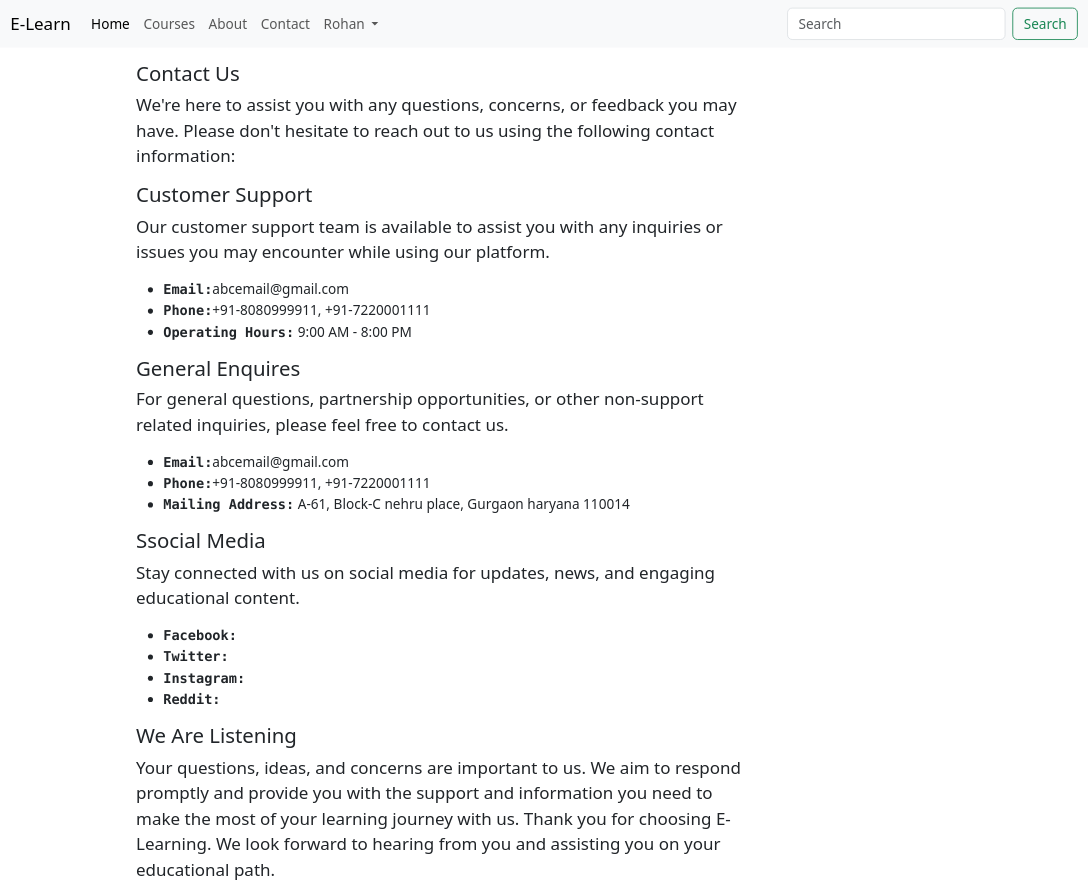
Repository: syni18/bootstrap_elarn
Page: Contact.html
These files come from the project's save history. The page is drawn as it stood at one moment and after the next save; the edit follows.
The browser window is 1280 px wide. The pictures show the whole page, at 85% of full size.

Above is the page before, as saved 2023-10-25 23:44:13.

After the next save:
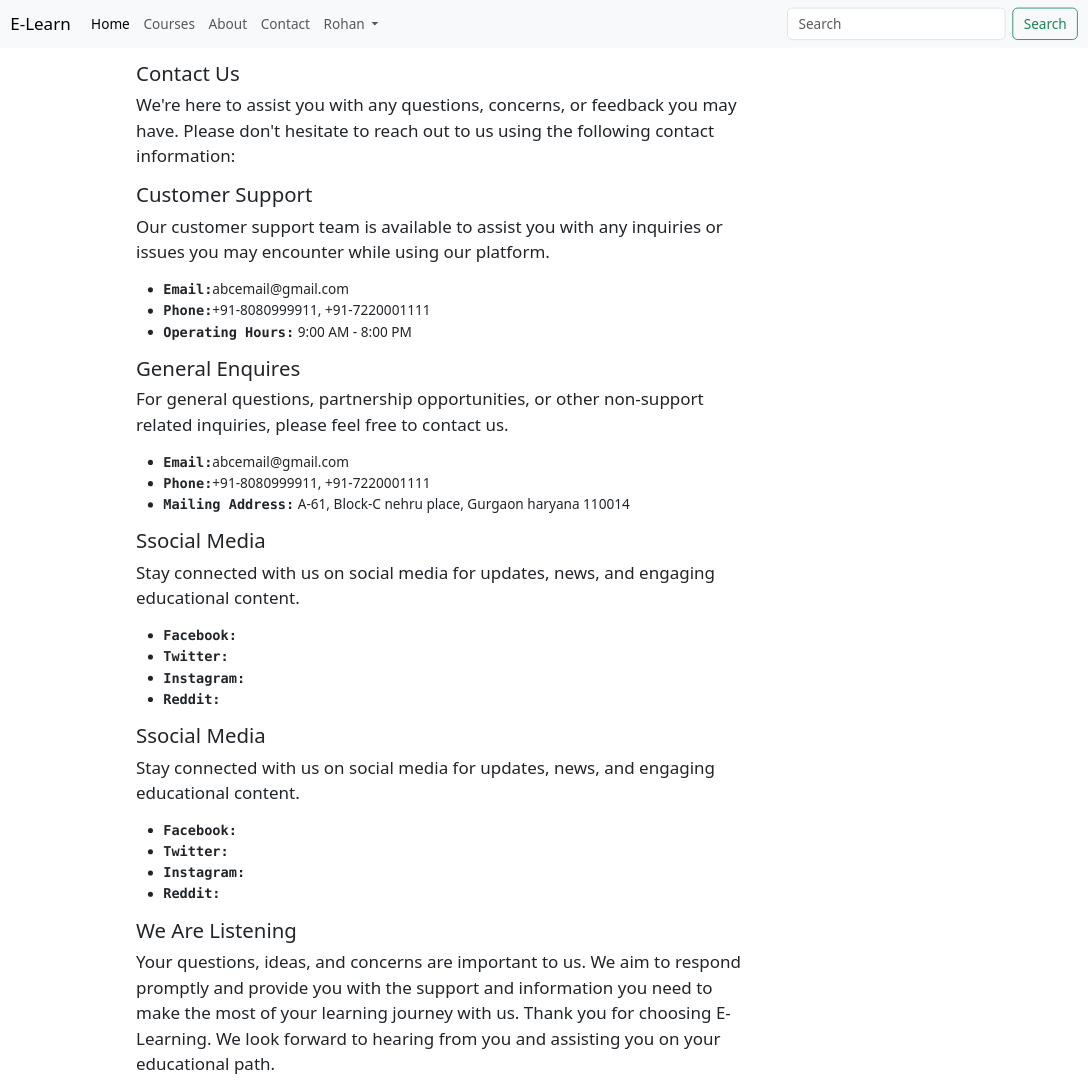
Saved 11 s later.
--- a/Contact.html
+++ b/Contact.html
@@ -134,6 +134,26 @@
             </li>
         </ul>
       </div>
+      <div class="mt-3">
+        <h6 class="fs-4">Ssocial Media</h6>
+        <p class="w-75 lead">
+          Stay connected with us on social media for updates, news, and engaging educational content.
+        </p>
+        <ul>
+            <li>
+                <samp class="fw-bolder">Facebook:</samp>
+            </li>
+            <li>
+                <samp class="fw-bolder">Twitter:</samp>
+            </li>
+            <li>
+                <samp class="fw-bolder">Instagram:<samp>
+            </li>
+            <li>
+                <samp class="fw-bolder">Reddit:<samp>
+            </li>
+        </ul>
+      </div>
 
       <div class="mt-3">
         <h6 class="fs-4">We Are Listening</h6>
